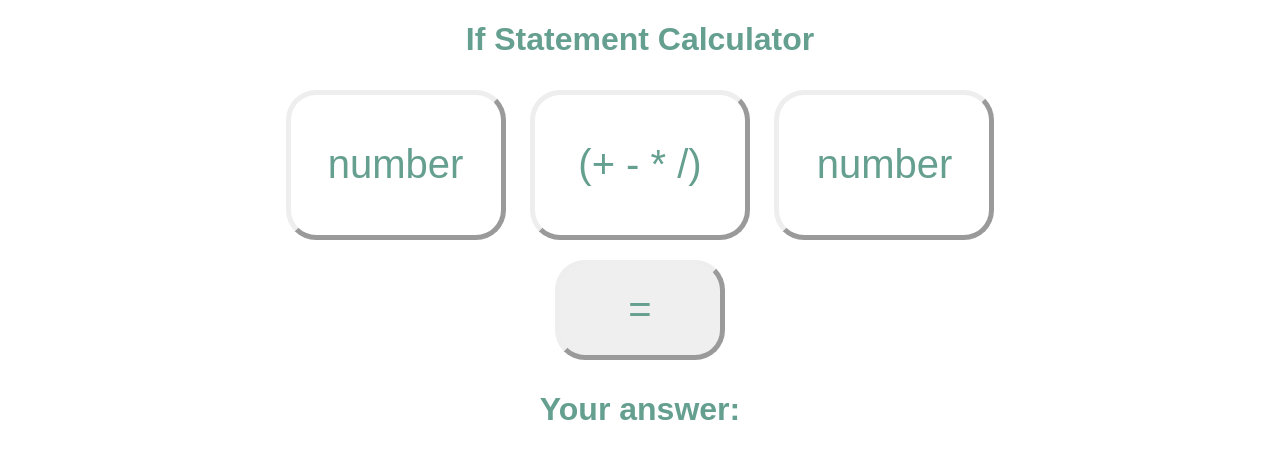
Repository: WesleyErasmus/threeInputCalculator
Page: html/if-calculator.html
The author's editor kept a copy of each file at every save. The page is drawn from the files as they stood at one save, then again after a run of saves.
The browser window is 1280 px wide. The pictures show the whole page.

Above is the page before, as saved 2022-04-27 22:42:52.

### html/if-calculator.html
<!DOCTYPE html>
<html lang="en">
<head>
    <meta charset="UTF-8">
    <meta http-equiv="X-UA-Compatible" content="IE=edge">
    <meta name="viewport" content="width=device-width, initial-scale=1.0">
    <title>JS If Calculator</title>
    <link rel="stylesheet" href="/css/stylesheet.css">
    <script src="/js/if-calculator.js"></script>
</head>
<body>

<center>
    <form onsubmit="return false;">
        <h1>If Statement Calculator</h1>
         <input id="input1" type="text" name = "input1" placeholder="number"> <!-- input-1 -->
         <input id="input3" type="text" name = "input3" placeholder="(+ - * /)"> <!-- input-3 (operator) -->
         <input id="input2" type="text" name = "input2" placeholder="number"> <!-- input-2 -->
        <div>
         <button onclick="sum()">=</button>
        </div>
         <h1>Your answer:</h1>
         <p id="output"></p>
    </form>
</center>
</body>
</html>

### css/stylesheet.css
body {
font-family: sans-serif;
/* background-color: #9e9e9e; */
}
h1 {
    color: #659f8f;
}
form {
display: block;
margin: 0 auto;
}
input {
    /* background-color: #9e9e9e; */
    width: 170px;
    height: 100px;
    padding: 20px;
    margin: 10px;
    text-align: center;
    font-size: 40px;
    border-radius: 30px;
    border: 5px outset;
}
button {
    /* background-color: #d5613a; */
    color: #659f8f;
    width: 170px;
    height: 100px;
    padding: 0;
    margin: 10px;
    font-size: 40px;
    border-radius: 30px;
    border: 5px outset;
}
p {
    text-align: center;
    margin: 10px;
    padding: 20px;
    font-size: 75px;
    border-radius: 10px;
    color: #d5613a;
}
::placeholder {
    color: #659f8f;
}

### js/if-calculator.js
function sum() {
const num1 = document.getElementById("input1").value;
const num2 = document.getElementById("input2").value;
const operator = document.getElementById("input3").value;
const output = document.getElementById("output").value;
  let answer;
  document.getElementById("output").value;
  if (operator == '+') {
    answer = +num1 + +num2;
    document.getElementById("output").innerHTML = answer;
  } else if (operator == '-') {
    answer = num1 - num2;
    document.getElementById("output").innerHTML = answer;
  } else if (operator == '*') {
    answer = num1 * num2;
    document.getElementById("output").innerHTML = answer;
  } else {
    answer = num1 / num2;
    document.getElementById("output").innerHTML = answer;
  }console.log(answer);
}

After the next 4 saves:
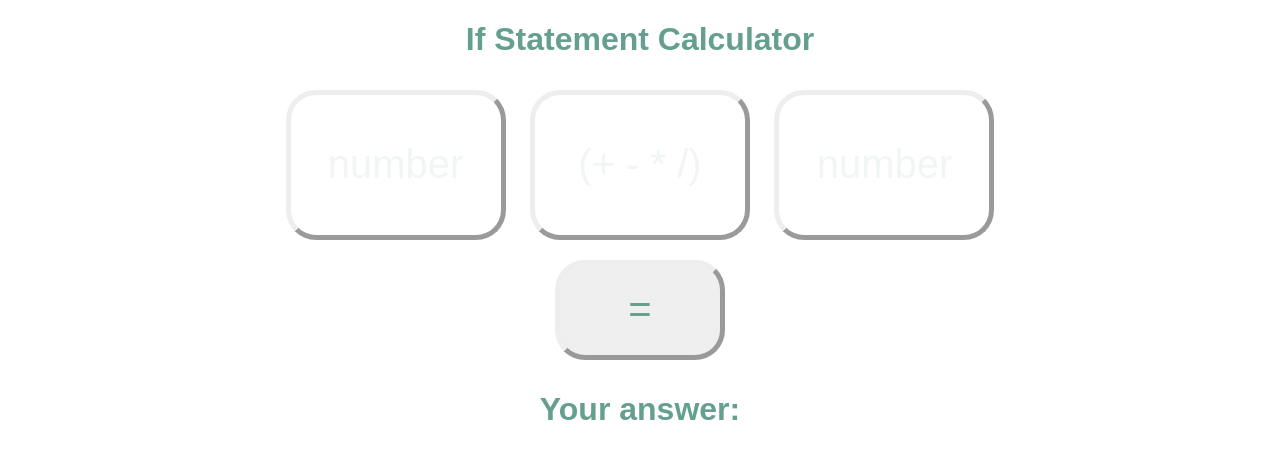
The 4 saves are shown as one change because they came seconds apart.
The last was saved 34 s later.
--- a/css/stylesheet.css
+++ b/css/stylesheet.css
@@ -40,5 +40,5 @@ p {
     color: #d5613a;
 }
 ::placeholder {
-    color: #659f8f;
+    color: #659f8f17;
 }
